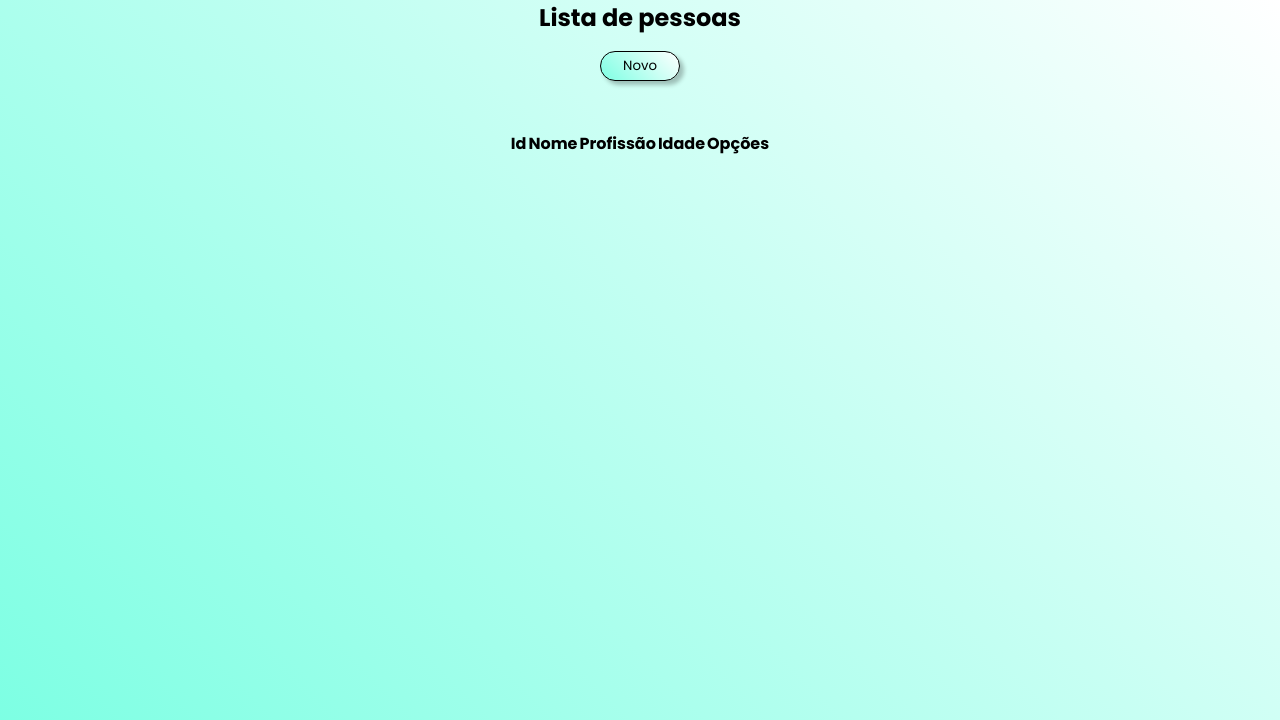
Repository: alef-torres/TesteUnicontrol
Page: http://localhost/desafioUnicontrol/main
The author's editor kept a copy of each file at every save. The page is drawn from the files as they stood at one save, then again after the next save.
The browser window is 1280 px wide. The pictures show the whole page.
The page is served by Tomcat 9. Other server files are loaded and not shown. Queries for data that is not in the repository find no rows.

Above is the page before, as saved 2024-02-10 22:57:16.

### DesafioUnicontrol/desafioUnicontrol/src/main/webapp/pesquisa.jsp
<%@ page language="java" contentType="text/html; charset=utf-8"
	pageEncoding="utf-8"%>
<%@ page import="model.JavaBeans"%>
<%@ page import="java.util.ArrayList"%>



<%
ArrayList<JavaBeans> lista = (ArrayList<JavaBeans>) request.getAttribute("pessoas");
%>


<!DOCTYPE html>
<html lang="pt-br">

<head>
<meta charset="UTF-8">
<title>Pessoas</title>
<link rel="stylesheet" href="estilo/pesquisa.css">
</head>

<body>
	<section>
		<div>
			<h1>Lista de pessoas</h1>
			<a href="index.html"><button>Novo</button></a>



			<table>
				<thead>
					<tr>
						<th>Id</th>
						<th>Nome</th>
						<th>Profissão</th>
						<th>Idade</th>
						<th>Opções</th>
					</tr>
				</thead>

				<tbody>
					<%
					for (int i = 0; i < lista.size(); i++) {
					%>
					<tr>
						<td><%=lista.get(i).getIdcon()%></td>
						<td><%=lista.get(i).getNome()%></td>
						<td><%=lista.get(i).getProfissao()%></td>
						<td><%=lista.get(i).getIdade()%></td>
						<td><a href="select?idcon=<%=lista.get(i).getIdcon()%>>">Editar</a>
							<a href="javascript: confirmar(<%=lista.get(i).getIdcon()%>)">Excluir</a>
						</td>

					</tr>
					<%
					}
					%>
				</tbody>
			</table>
		</div>
	</section>



	<script src="scripts/confirmador.js"></script>
</body>

</html>

### DesafioUnicontrol/desafioUnicontrol/src/main/java/controler/Controler.java
package controler;

import java.io.IOException;
import java.util.ArrayList;

import javax.servlet.RequestDispatcher;
import javax.servlet.ServletException;
import javax.servlet.annotation.WebServlet;
import javax.servlet.http.HttpServlet;
import javax.servlet.http.HttpServletRequest;
import javax.servlet.http.HttpServletResponse;

import model.DAO;
import model.JavaBeans;

@WebServlet(urlPatterns = { "/Controller", "/main", "/insert", "/select", "/update", "/delete" })
public class Controler extends HttpServlet {
	private static final long serialVersionUID = 1L;
	DAO dao = new DAO();
	JavaBeans pessoa = new JavaBeans();

	public Controler() {
		super();

	}

	protected void doGet(HttpServletRequest request, HttpServletResponse response)
			throws ServletException, IOException {

		String action = request.getServletPath();
		System.out.println(action);
		if (action.equals("/main")) {
			pesquisa(request, response);
		} else if (action.equals("/insert")) {
			novaPessoa(request, response);
		} else if (action.equals("/select")) {
			listarPessoas(request, response);
		} else if (action.equals("/update")) {
			editarPessoa(request, response);
		} else if (action.equals("/delete")) {
			deletarPessoa(request, response);
		} else {
			response.sendRedirect("index.html");
		}

	}

	protected void pesquisa(HttpServletRequest request, HttpServletResponse response)
			throws ServletException, IOException {

		ArrayList<JavaBeans> listaDePessoas = dao.listarPessoas();

		request.setAttribute("pessoas", listaDePessoas);
		RequestDispatcher rd = request.getRequestDispatcher("pesquisa.jsp");
		rd.forward(request, response);
	}

	protected void novaPessoa(HttpServletRequest request, HttpServletResponse response)
			throws ServletException, IOException {

		// enviando para as variaveis JavaBeans

		pessoa.setNome(request.getParameter("name"));
		pessoa.setProfissao(request.getParameter("profissao"));
		pessoa.setIdade(request.getParameter("idade"));

		// invocar o metodo insertPessoa passando o objeto pessoa

		dao.insertPessoas(pessoa);

		// retornando para a pagina index
		response.sendRedirect("index.html");
	}

	protected void listarPessoas(HttpServletRequest request, HttpServletResponse response)
			throws ServletException, IOException {
		String idcon = request.getParameter("idcon");

		pessoa.setIdcon(idcon);

		dao.selecionarPessoa(pessoa);

		request.setAttribute("idcon", pessoa.getIdcon());
		request.setAttribute("nome", pessoa.getNome());
		request.setAttribute("profissao", pessoa.getProfissao());
		request.setAttribute("idade", pessoa.getIdade());

		RequestDispatcher rd = request.getRequestDispatcher("editar.jsp");
		rd.forward(request, response);

	}

	protected void editarPessoa(HttpServletRequest request, HttpServletResponse response)
			throws ServletException, IOException {

		pessoa.setIdcon(request.getParameter("idcon"));
		pessoa.setNome(request.getParameter("nome"));
		pessoa.setProfissao(request.getParameter("profissao"));
		pessoa.setIdade(request.getParameter("idade"));

		dao.alterarContanto(pessoa);

		response.sendRedirect("main");

	}

	protected void deletarPessoa(HttpServletRequest request, HttpServletResponse response)
			throws ServletException, IOException {
		String idcon = request.getParameter("idcon");
		System.out.println(idcon);

		pessoa.setIdcon(idcon);

		dao.deleterPessoas(pessoa);

		response.sendRedirect("main");

	}

}

### DesafioUnicontrol/desafioUnicontrol/src/main/webapp/estilo/pesquisa.css
@charset "UTF-8";

@import url('https://fonts.googleapis.com/css2?family=Poppins:wght@100;300;400;500;600;700&display=swap');

* {
    margin: 0;
    padding: 0;
    font-family: 'Poppins';
    text-decoration: none;
}

body {
    width: 100%;
    height: 100vh;
    background: linear-gradient(45deg, #7DFFE3, #fff);
}

section {
    display: flex;
    flex-direction: column;
    justify-content: space-around;
    align-items: center;
}

div {
	height: 100%;
    display: flex;
    flex-direction: column;
    justify-content: space-around;
    align-items: center;
    gap: 1rem;
}

.principal {
    margin-top: auto;
    height: 100%;
    display: flex;
    flex-direction: row;
    justify-content: space-around;
    align-items: center;
}

.formulario-de-cadastro {
    display: flex;
    flex-direction: column;
    padding: 2rem;
    background: #fff;
    border-radius: 10px;
}

#btn {
    display: flex;
    flex-direction: row;
    align-items: center;
    justify-content: space-around;
    margin-top: 1rem;
}

button {
    width: 80px;
    height: 30px;
    border: solid 1px black;
    border-radius: 22px;
    background: linear-gradient(45deg, #7DFFE3, #fff);
    color: black;
    cursor: pointer;
    box-shadow: 4px 4px 4px rgba(0, 0, 0, 0.25);
}

#btn-enviar {
    background: linear-gradient(-45deg, #7DFFE3, #fff);
}

a {
    color: black;
}

table {
    border-radius: 22px;
    padding: 2rem;
}

### DesafioUnicontrol/desafioUnicontrol/src/main/webapp/scripts/confirmador.js



function confirmar(idcon){
	let resposta = confirm("Comfirma a exclusão desta pessoa?")
	if (resposta === true){
		//alert(idcon)
		window.location.href = 'delete?idcon=' + idcon
	}
}

After the next save:
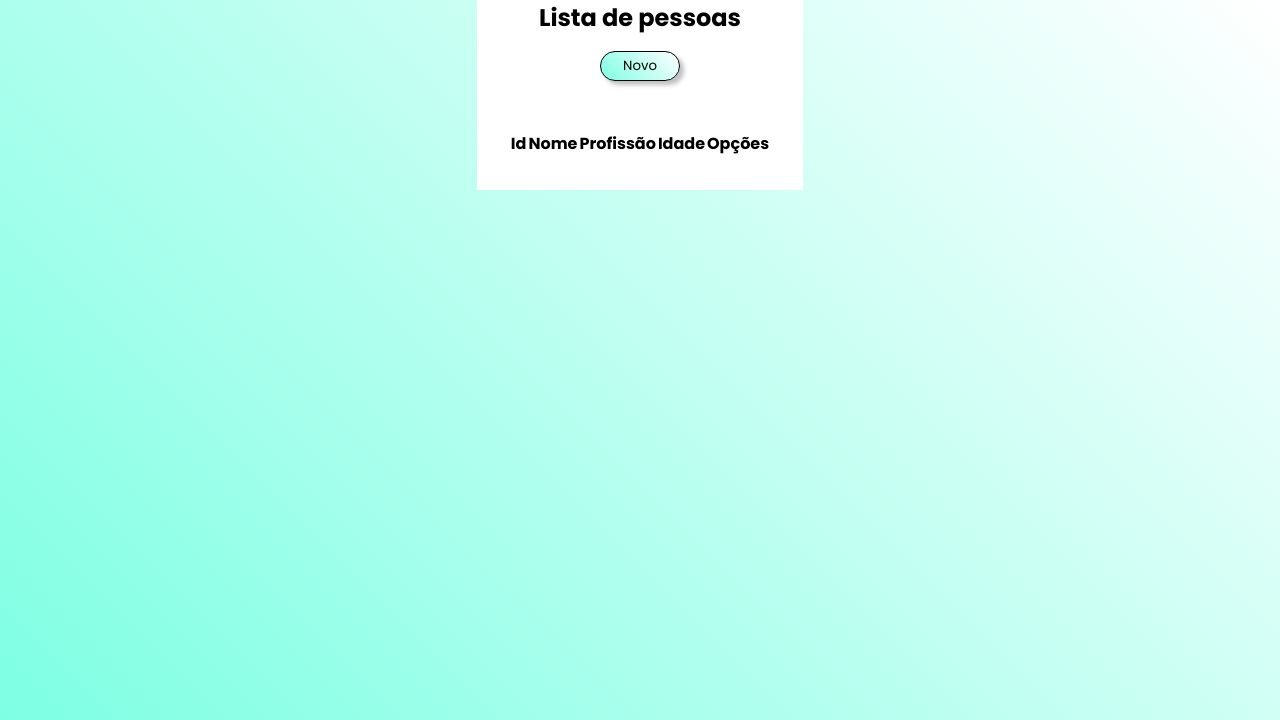
Saved 5 s later.
--- a/DesafioUnicontrol/desafioUnicontrol/src/main/webapp/estilo/pesquisa.css
+++ b/DesafioUnicontrol/desafioUnicontrol/src/main/webapp/estilo/pesquisa.css
@@ -29,6 +29,7 @@
     justify-content: space-around;
     align-items: center;
     gap: 1rem;
+    background: #fff;
 }
 
 .principal {

After the save that followed:
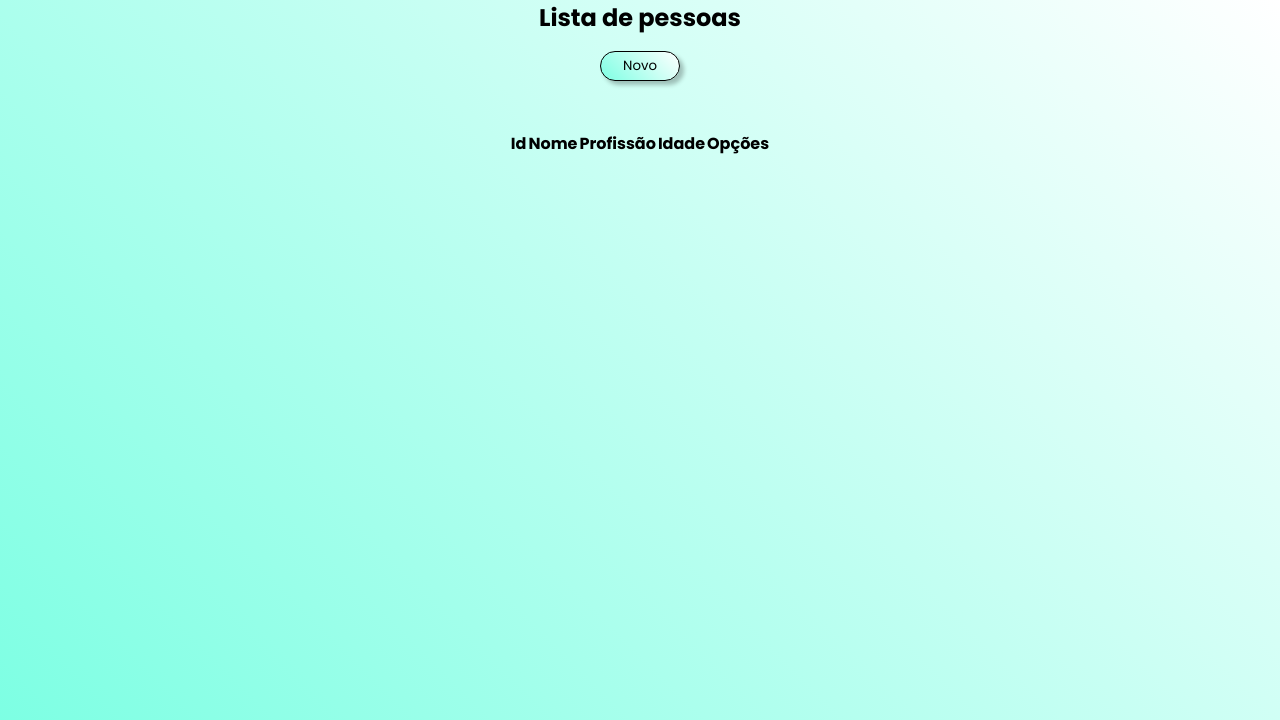
Saved 51 s later.
--- a/DesafioUnicontrol/desafioUnicontrol/src/main/webapp/estilo/pesquisa.css
+++ b/DesafioUnicontrol/desafioUnicontrol/src/main/webapp/estilo/pesquisa.css
@@ -29,7 +29,6 @@
     justify-content: space-around;
     align-items: center;
     gap: 1rem;
-    background: #fff;
 }
 
 .principal {
